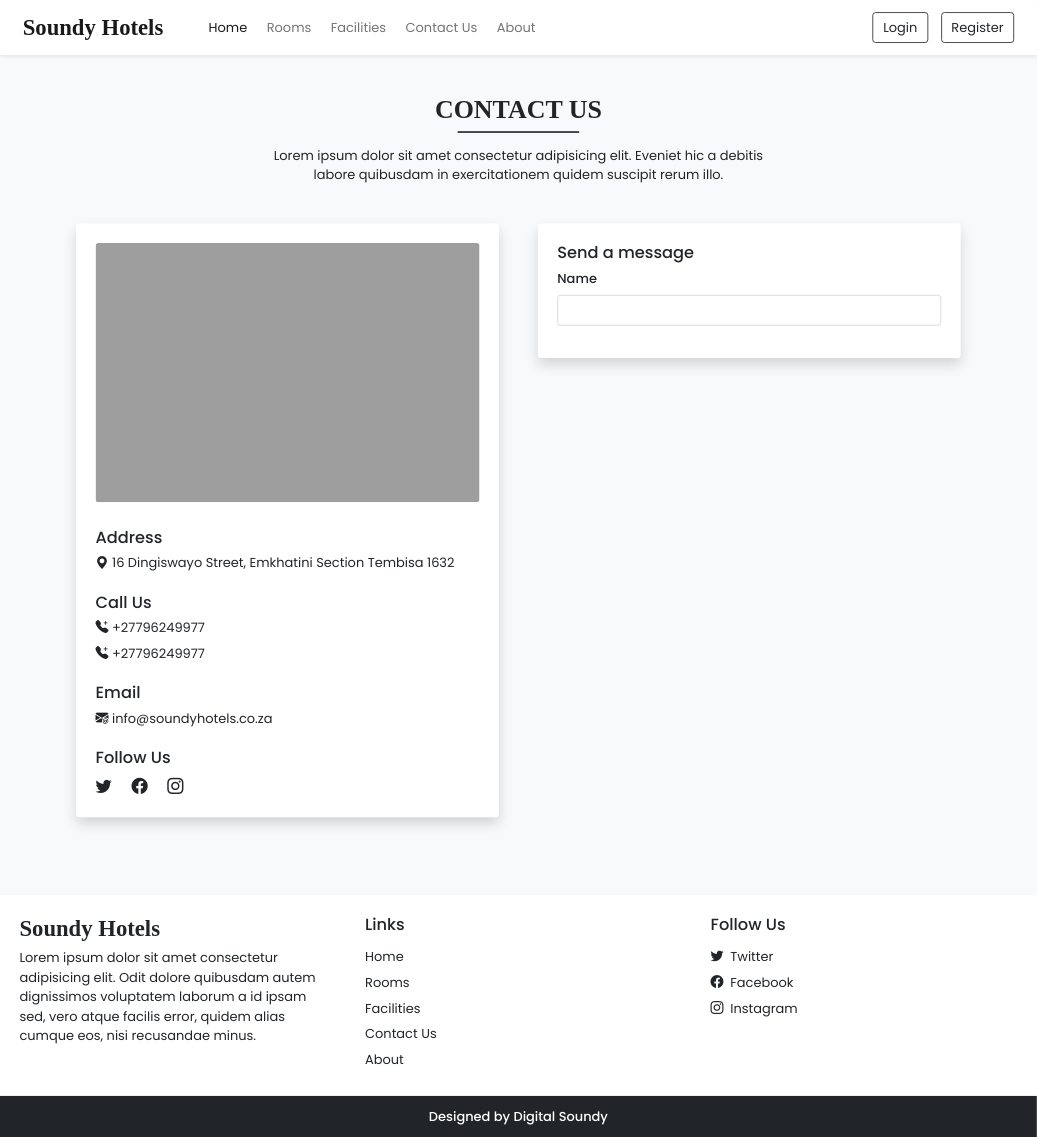
Repository: spencersoundy/Hotel-Booking-App
Page: http://localhost/contact.php
The author's editor kept a copy of each file at every save. The page is drawn from the files as they stood at one save, then again after the next save.
The browser window is 1280 px wide. The pictures show the whole page, at 81% of full size.
Pictures or frames that could not be fetched are drawn as grey boxes. Some web fonts or font styles are not loaded; a fallback is used. The page is run by PHP 8.4 with error messages shown; the project is at /var/www/html/.

Above is the page before, as saved 2023-08-04 23:59:10.

After the next save:
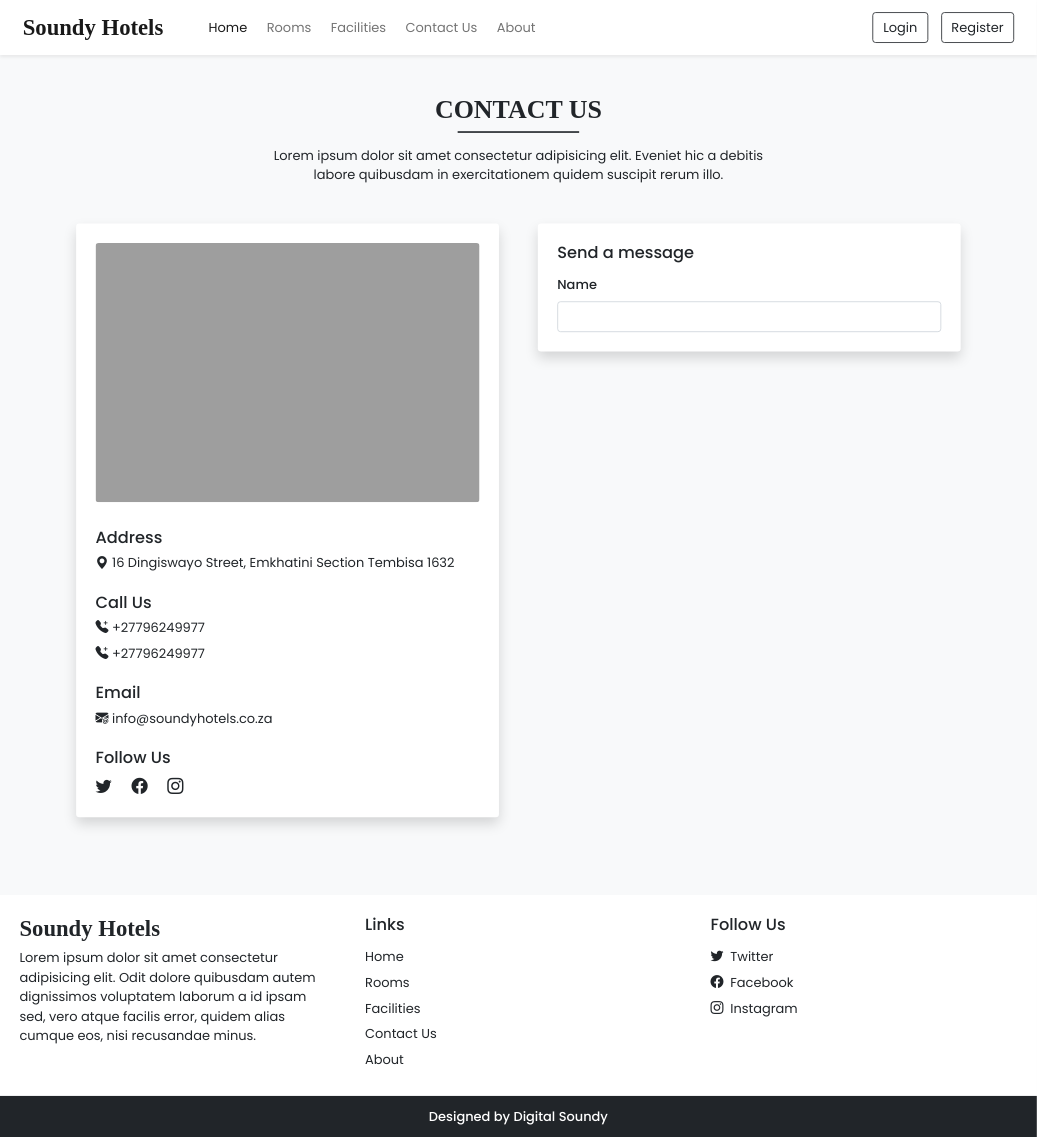
Saved 26 s later.
--- a/contact.php
+++ b/contact.php
@@ -62,7 +62,7 @@
             <div class="bg-white rounded shadow p-4">
                 <form>
                     <h5>Send a message</h5>
-                    <div class="mb-3">
+                    <div class="mt-3">
                         <label class="form-label"style="font-weight: 500; ">Name</label>
                         <input type="text" class="form-control shadow-none">
                     </div>
